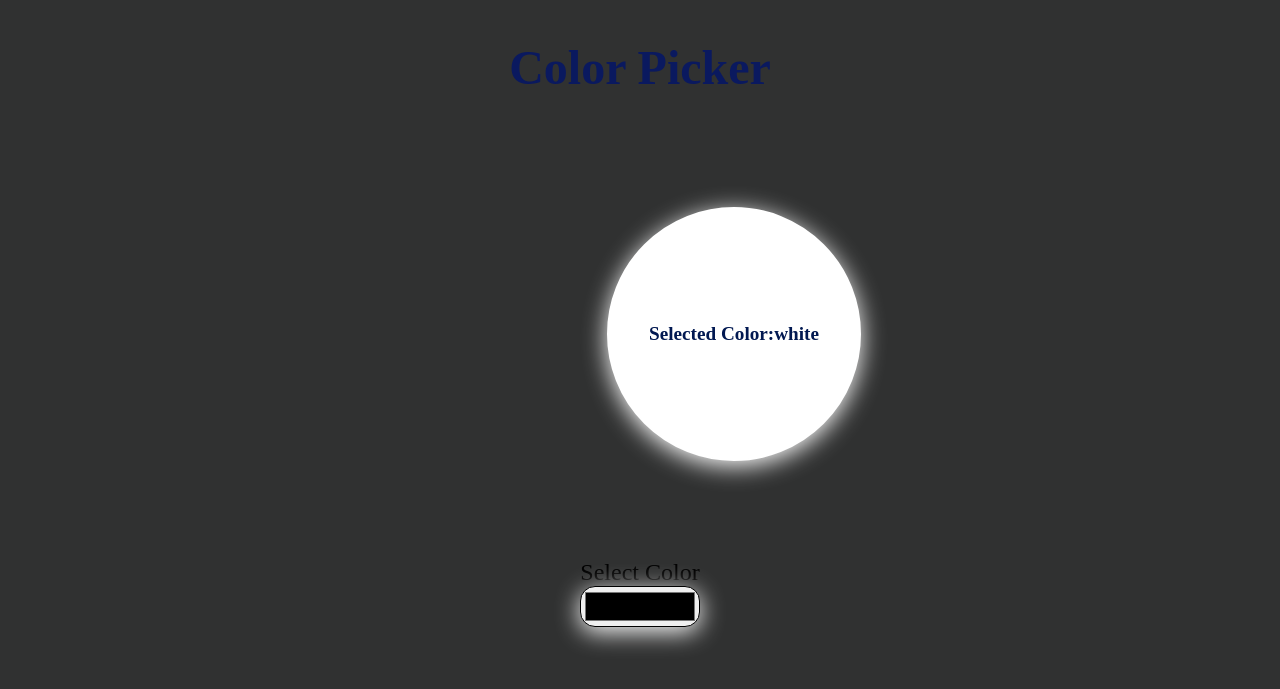
Repository: rkrukshan/Color-Picker--React-
Page: /
The author's editor kept a copy of each file at every save. The page is drawn from the files as they stood at one save, then again after the next save.
The browser window is 1280 px wide. The pictures show the whole page.
The project was rebuilt for these pictures with package versions that can differ from the ones it lists, and the page was loaded fresh each time. Also part of the build but not shown: vite.config.js.

Above is the page before, as saved 2024-07-21 19:08:05.

### src/App.jsx
import ColorPicker from "./ColorPicker"

function App() {

  return (
    <>
    <ColorPicker/>
    </>
  )

}

export default App

### src/index.css
body{
  background-color:rgb(48, 49, 49);
}
.cp-container {
  text-align: center;
  display: grid;
  align-items:center;
  justify-content: center;
}
.heading {
  color: rgb(10, 25, 95);
  font-size: 3em;
}
.color-pad {
  margin-top: 5em;
  margin-left: 11.75em;
  margin-bottom: 5em;
  height: 250px;
  width: 250px;
  display: flex;
  justify-content: center;
  align-items: center;
  border:2px solid rgb(255, 255, 255);
  border-radius: 50%;
  box-shadow:0px 5px 25px rgb(255, 255, 255);
  transition: .25s;
}
.selectedlabel
{
  font-size: larger;
  font-weight: bolder;
  color:rgb(1, 24, 81);
}
.selectlabel{
font-size: 1.5em;
}
.colorpicker{
  width: 9em;
  height: 41px;
  border-radius:15px;
  box-shadow:0px 5px 25px rgb(255, 255, 255);
  transition: 11s;
}

### src/ColorPicker.jsx
import { useState } from "react";

function ColorPicker() {
  const [color, setColor] = useState("white");

  function updateColor(event) {
    setColor(event.target.value);
  }
  return (
    <div className="cp-container">
      <h1 className="heading">Color Picker</h1>
      <div className="color-pad" style={{ backgroundColor: color }}>
        <label htmlFor="cp" className="selectedlabel">
          Selected Color:{color}
        </label>
      </div>
      <br />
      <div className="btncp">
        <label htmlFor="scp" className="selectlabel">
          Select Color
        </label>
        <br />
        <input
          type="color"
          value={color}
          onChange={updateColor}
          className="colorpicker"
        />
      </div>
    </div>
  );
}
export default ColorPicker;

Loaded but not shown: index.html (common file); src/main.jsx (common file)

After the next save:
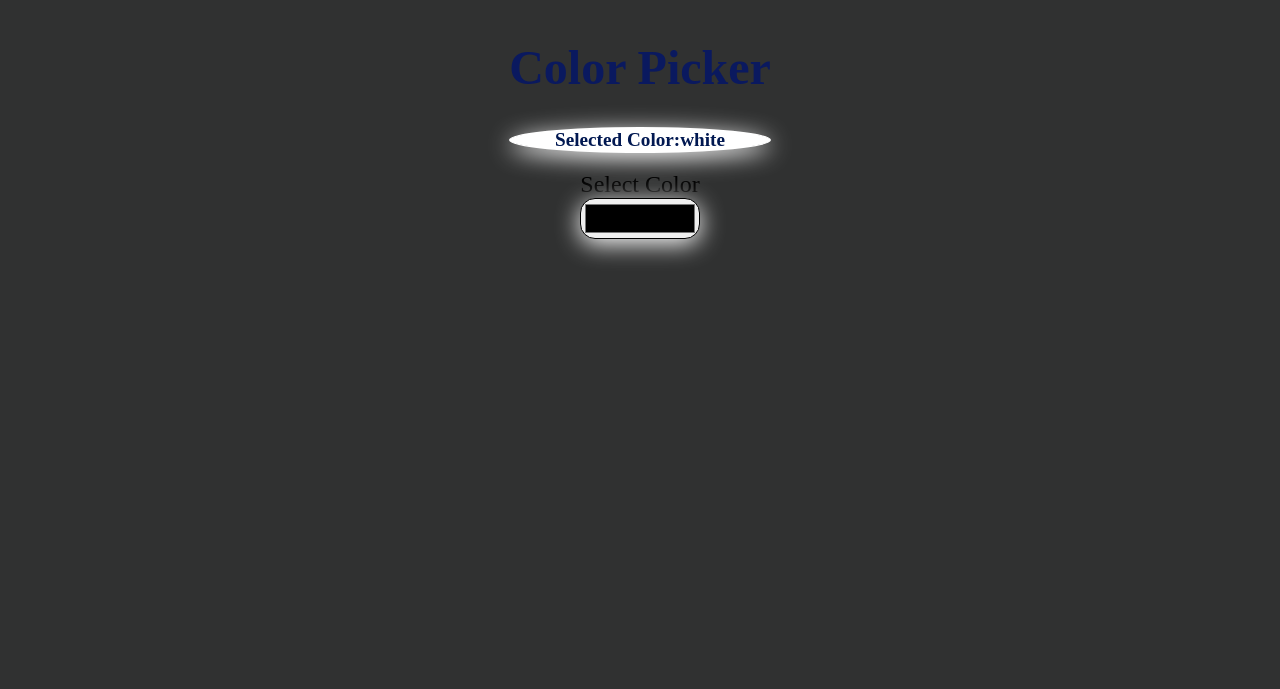
Saved 10 s later.
--- a/src/index.css
+++ b/src/index.css
@@ -12,14 +12,14 @@ body{
   font-size: 3em;
 }
 .color-pad {
-  margin-top: 5em;
+  /* margin-top: 5em;
   margin-left: 11.75em;
   margin-bottom: 5em;
   height: 250px;
   width: 250px;
   display: flex;
   justify-content: center;
-  align-items: center;
+  align-items: center; */
   border:2px solid rgb(255, 255, 255);
   border-radius: 50%;
   box-shadow:0px 5px 25px rgb(255, 255, 255);
